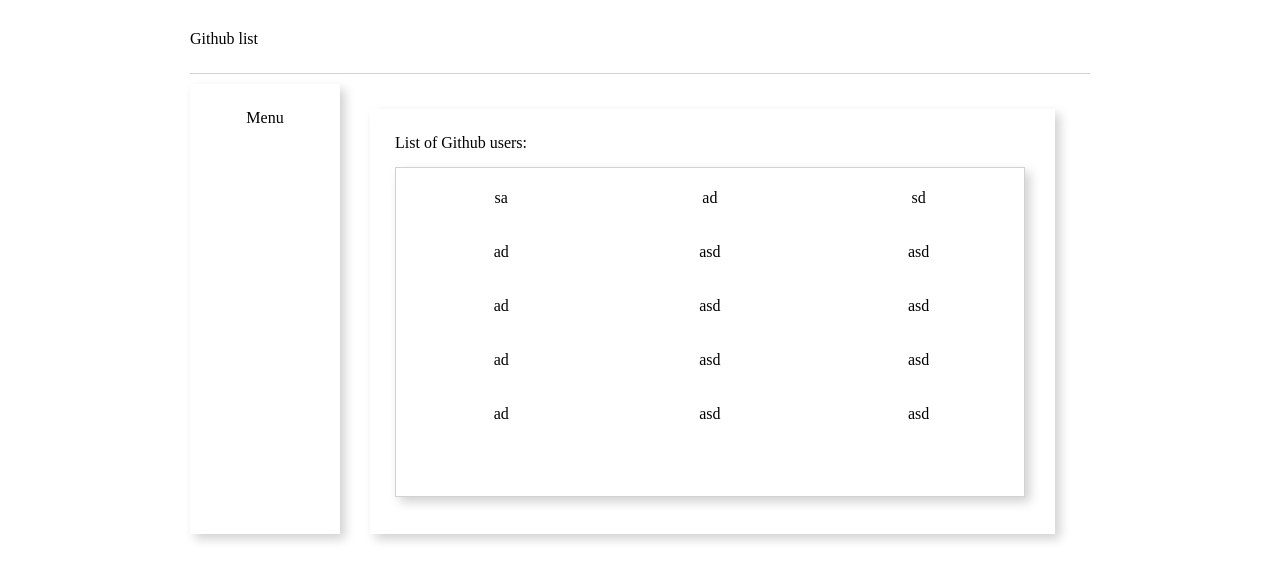
Repository: SzymonRoche/gitStars
Page: index.html
The author's editor kept a copy of each file at every save. The page is drawn from the files as they stood at one save, then again after a run of saves.
The browser window is 1280 px wide. The pictures show the whole page.

Above is the page before, as saved 2020-02-15 18:16:03.
Console error: ReferenceError: jaja is not defined

After the next 2 saves:
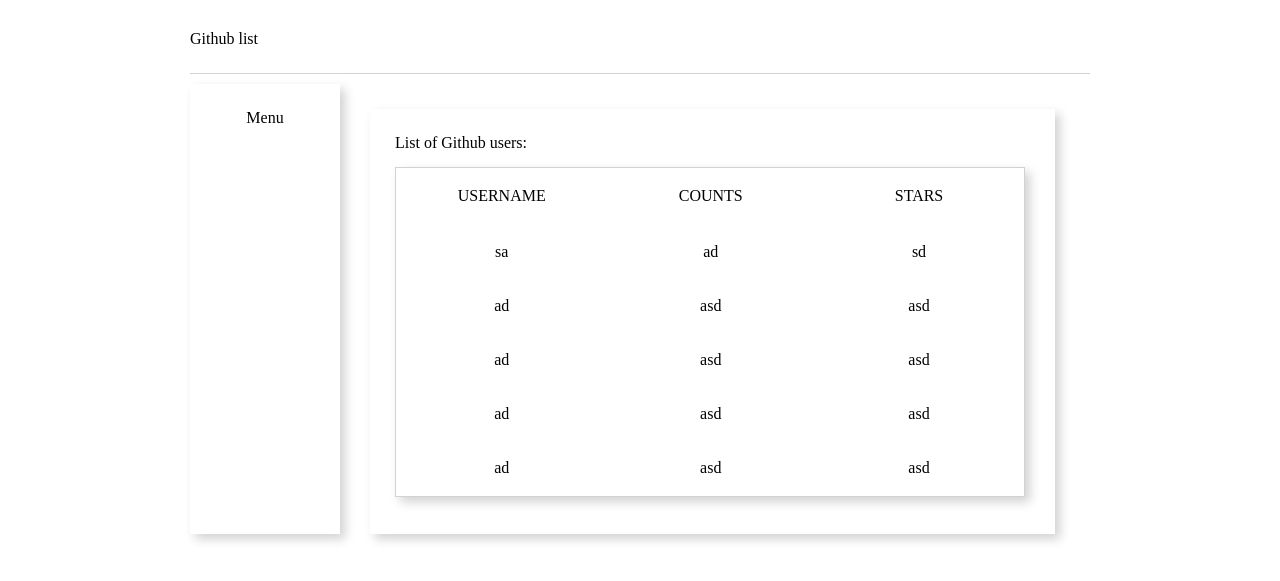
The error is gone.
The 2 saves are shown as one change because they came seconds apart.
The last was saved 7 s later.
--- a/main.js
+++ b/main.js
@@ -1,20 +1,26 @@
 import  userNames  from "./users.js";
 import tabela from "./tabele.js";
 
-function CreateTabele(left, mid, right) {
+function CreateTabele() {
     const tab = document.querySelector(".my-table");
 
     const tabela = tab.insertRow(0);
 
-    this.left = this.tabela.insertCell(0);
-    this.mid = this.tabela.insertCell(1);
-    this.right = this.tabela.insertCell(2);
 
-    this.left = this.innerHTML = "USERNAME"
-    this.mid =this.innerHTML = "COUNTS"
-    this.right = this.innerHTML = "STARS"
+    const topLeft = tabela.insertCell(0);
+    const topMiddle = tabela.insertCell(1);
+    const TopRight = tabela.insertCell(2);
+
+
+    topLeft.innerHTML = "USERNAME"
+    topMiddle.innerHTML = "COUNTS"
+    TopRight.innerHTML = "STARS"
+
+
+
 };
 
-CreateTabele(`dupa`, `miko`, jaja);
+CreateTabele();
+
 
 console.log(tabela);
